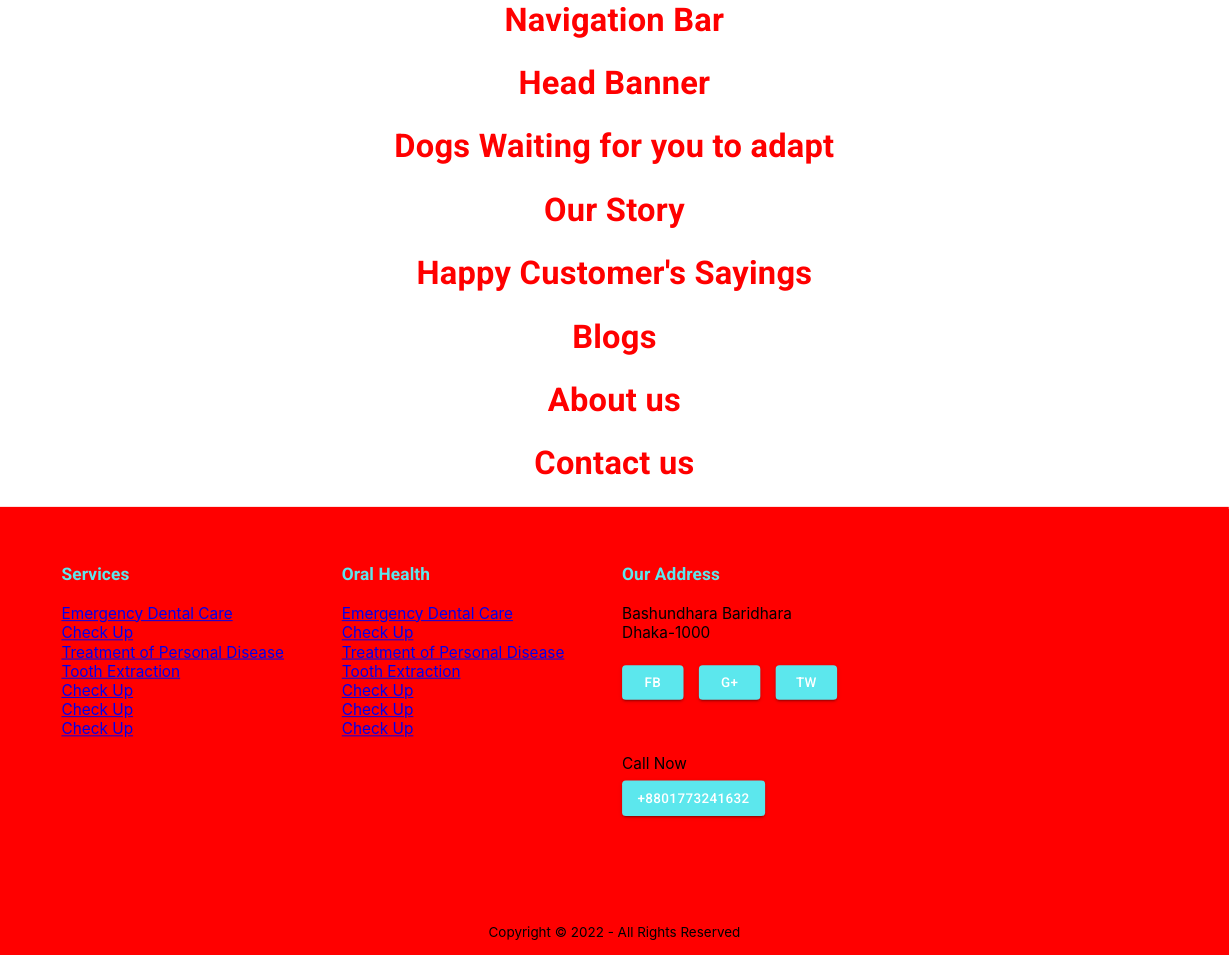
Repository: Sharif-00112/dogos-paradise-client
Page: /
These files come from the project's save history. The page is drawn as it stood at one moment and after the next save; the edit follows.
The browser window is 1280 px wide. The pictures show the whole page, at 96% of full size.
The project was rebuilt for these pictures with package versions that can differ from the ones it lists, and the page was loaded fresh each time. Also part of the build but not shown: src/Pages/Login/Login/Login.js, src/Pages/Login/Register/Register.js, src/Pages/NotFound/NotFound.js.

Above is the page before, as saved 2022-11-30 22:26:46.

### public/index.html
<!DOCTYPE html>
<html lang="en">
  <head>
    <meta charset="utf-8" />
    <link rel="icon" href="%PUBLIC_URL%/favicon.ico" />
    <meta name="viewport" content="width=device-width, initial-scale=1" />
    <meta name="theme-color" content="#000000" />
    <meta
      name="description"
      content="Web site created using create-react-app"
    />
    <link
      rel="stylesheet" href="https://fonts.googleapis.com/css?family=Roboto:300,400,500,700&display=swap"
    />

    <link rel="apple-touch-icon" href="%PUBLIC_URL%/logo192.png" />
    <!--
      manifest.json provides metadata used when your web app is installed on a
      user's mobile device or desktop. See https://developers.google.com/web/fundamentals/web-app-manifest/
    -->
    <link rel="manifest" href="%PUBLIC_URL%/manifest.json" />
    <!--
      Notice the use of %PUBLIC_URL% in the tags above.
      It will be replaced with the URL of the `public` folder during the build.
      Only files inside the `public` folder can be referenced from the HTML.

      Unlike "/favicon.ico" or "favicon.ico", "%PUBLIC_URL%/favicon.ico" will
      work correctly both with client-side routing and a non-root public URL.
      Learn how to configure a non-root public URL by running `npm run build`.
    -->
    <title>React App</title>
  </head>
  <body>
    <noscript>You need to enable JavaScript to run this app.</noscript>
    <div id="root"></div>
    <!--
      This HTML file is a template.
      If you open it directly in the browser, you will see an empty page.

      You can add webfonts, meta tags, or analytics to this file.
      The build step will place the bundled scripts into the <body> tag.

      To begin the development, run `npm start` or `yarn start`.
      To create a production bundle, use `npm run build` or `yarn build`.
    -->
  </body>
</html>

### src/App.js
import React  from 'react';
import './App.css';
import { BrowserRouter as Router, Route, Routes} from 'react-router-dom';
import Home from './Pages/Home/Home/Home';
import Login from './Pages/Login/Login/Login';
import Register from './Pages/Login/Register/Register';
import AuthProvider from './contexts/AuthProvider/AuthProvider';
// import PrivateRoute from './Pages/Login/PrivateRoute/PrivateRoute';
import NotFound from './Pages/NotFound/NotFound';
import Contact from './Pages/Home/Contact/Contact';
import Products from './Pages/Home/Products/Products';
import Story from './Pages/Home/Story/Story';
import CustomerReviews from './Pages/Home/CustomerReviews/CustomerReviews';
import Blogs from './Pages/Home/Blogs/Blogs';
import About from './Pages/Home/About/About';
// import Footer from './Pages/Shared/Footer/Footer';
// import Dashboard from './Pages/Dashboard/Dashboard/Dashboard';

function App() {
  return (
    <div className="App">
      <AuthProvider>
        <Router>
          <Routes>
            <Route exact path = '/' element={<Home/>}/>
            <Route exact path = '/home' element={<Home/>}/>
            <Route exact path = '/login' element={<Login/>}/>
            <Route exact path = '/register' element={<Register/>}/>
            <Route exact path = '/contact' element={<Contact/>}/>
            <Route exact path = '/products' element={<Products/>}/>
            <Route exact path = '/story' element={<Story/>}/>
            <Route exact path = '/reviews' element={<CustomerReviews/>}/>
            <Route exact path = '/blogs' element={<Blogs/>}/>
            <Route exact path = '/about' element={<About/>}/>
            {/* <Route exact path = '/appointment' element = {
              <PrivateRoute>
                <Appointment></Appointment>
              </PrivateRoute>
            }> </Route> */}
            {/* <Route path = 'dashboard/*' element = {
              <PrivateRoute>
                <Dashboard></Dashboard>
              </PrivateRoute>
            }> </Route> */}
            <Route path = '*' element={<NotFound/>}/>
          </Routes>
          {/* <Footer></Footer> */}
        </Router>
      </AuthProvider>
    </div>
  );
}

export default App;

### src/Pages/Home/Home/Home.js
import React from 'react';
import Footer from '../../Shared/Footer/Footer';
import Navigation from '../../Shared/Navigation/Navigation';
import About from '../About/About';
import Banner from '../Banner/Banner';
import Blogs from '../Blogs/Blogs';
import Contact from '../Contact/Contact';
import CustomerReviews from '../CustomerReviews/CustomerReviews';
import Products from '../Products/Products';
import Story from '../Story/Story';

const Home = () => {
    return (
        <div>
            <Navigation></Navigation>
            <Banner></Banner>
            <Products></Products>
            <Story></Story>
            <CustomerReviews></CustomerReviews>
            <Blogs></Blogs>
            <About></About>
            <Contact></Contact>
            <Footer></Footer>
        </div>
    );
};

export default Home;

### src/contexts/AuthProvider/AuthProvider.js
import React from 'react';
import { createContext } from 'react';
import useFirebase from '../../hooks/useFirebase';

//step-1-context
export const AuthContext = createContext();

const AuthProvider = (props) => {
    //step-3-context
    const {children} = props;

    //step-5-context
    const allContexts = useFirebase();

    return (
        //step-2-context
        <AuthContext.Provider value={allContexts}>
            {children}
        </AuthContext.Provider>
    );
};

export default AuthProvider;

### src/Pages/Home/Contact/Contact.js
import React from 'react';
import { Typography } from '@mui/material';

const Contact = () => {
    return (
        <div>
            <Typography sx={{ m: 3, color: 'red', fontWeight: 600 }} variant="h4" component="div">
                Contact us
            </Typography>
        </div>
    );
};

export default Contact;

### src/Pages/Home/Products/Products.js
import React from 'react';
import { Typography } from '@mui/material';

const Products = () => {
    return (
        <div>
            <Typography sx={{ m: 3, color: 'red', fontWeight: 600 }} variant="h4" component="div">
                Dogs Waiting for you to adapt
            </Typography>
        </div>
    );
};

export default Products;

### src/Pages/Home/Story/Story.js
import React from 'react';
import { Typography } from '@mui/material';


const Story = () => {
    return (
        <div>
            <Typography sx={{ m: 3, color: 'red', fontWeight: 600 }} variant="h4" component="div">
                Our Story
            </Typography>
        </div>
    );
};

export default Story;

### src/Pages/Home/CustomerReviews/CustomerReviews.js
import React from 'react';
import { Typography } from '@mui/material';


const CustomerReviews = () => {
    return (
        <div>
            <Typography sx={{ m: 3, color: 'red', fontWeight: 600 }} variant="h4" component="div">
                Happy Customer's Sayings
            </Typography>
        </div>
    );
};

export default CustomerReviews;

### src/Pages/Home/Blogs/Blogs.js
import React from 'react';
import { Typography } from '@mui/material';


const Blogs = () => {
    return (
        <div>
            <Typography sx={{ m: 3, color: 'red', fontWeight: 600 }} variant="h4" component="div">
                Blogs
            </Typography>
        </div>
    );
};

export default Blogs;

### src/Pages/Home/About/About.js
import React from 'react';
import { Typography } from '@mui/material';

const About = () => {
    return (
        <div>
            <Typography sx={{ m: 3, color: 'red', fontWeight: 600 }} variant="h4" component="div">
                About us
            </Typography>
        </div>
    );
};

export default About;

### src/Pages/Shared/Footer/Footer.js
import React from 'react';
import { Typography } from '@mui/material';
import { Container } from '@mui/system';
import Box from '@mui/material/Box';
import Grid from '@mui/material/Unstable_Grid2';
import { Link } from 'react-router-dom';
import { Button } from '@mui/material';


const Footer = () => {
    return (
        // <div>
        //     <Typography sx={{ m: 3, color: 'red', fontWeight: 600 }} variant="h4" component="div">
        //         Footer Area
        //     </Typography>
        // </div>

        <div style={{ backgroundColor: 'red' }}>
        <Container sx={{ py: 5 }}>
            <Box sx={{ flexGrow: 1 }}>
                <Grid container spacing={2}>
                    <Grid item style={{ textAlign: 'left'}} xs={6} md={3}>
                        <Typography sx={{ my:2, fontSize: 18, fontWeight: 600 }} style={{color: '#5CE7ED'}} variant="h6" component="div">
                            Services
                        </Typography>
                        <Link to = '/emergencyDentalCare'>
                            Emergency Dental Care
                        </Link>
                        <br />
                        <Link to = '/checkUp'>
                            Check Up
                        </Link>
                        <br />
                        <Link to = '/treatmentOfPersonalDisease'>
                            Treatment of Personal Disease
                        </Link>
                        <br />
                        <Link to = '/toothExtraction'>
                            Tooth Extraction
                        </Link>
                        <br />
                        <Link to = '/checkUp'>
                            Check Up
                        </Link>
                        <br />
                        <Link to = '/checkUp'>
                            Check Up
                        </Link>
                        <br />
                        <Link to = '/checkUp'>
                            Check Up
                        </Link>
                    </Grid>
                    <Grid item style={{ textAlign: 'left'}} xs={6} md={3}>
                        <Typography sx={{ my:2, fontSize: 18, fontWeight: 600 }} style={{color: '#5CE7ED'}} variant="h6" component="div">
                            Oral Health
                        </Typography>
                        <Link to = '/emergencyDentalCare'>
                            Emergency Dental Care
                        </Link>
                        <br />
                        <Link to = '/checkUp'>
                            Check Up
                        </Link>
                        <br />
                        <Link to = '/treatmentOfPersonalDisease'>
                            Treatment of Personal Disease
                        </Link>
                        <br />
                        <Link to = '/toothExtraction'>
                            Tooth Extraction
                        </Link>
                        <br />
                        <Link to = '/checkUp'>
                            Check Up
                        </Link>
                        <br />
                        <Link to = '/checkUp'>
                            Check Up
                        </Link>
                        <br />
                        <Link to = '/checkUp'>
                            Check Up
                        </Link>
                    </Grid>
                    <Grid item style={{ textAlign: 'left'}} xs={6} md={3}>
                        <Typography sx={{ my:2, fontSize: 18, fontWeight: 600 }} style={{color: '#5CE7ED'}} variant="h6" component="div">
                            Our Address
                        </Typography>
                        <Typography sx={{ fontSize: 16, fontWeight: 400 }} variant="" component="div">
                                Bashundhara Baridhara <br />
                                Dhaka-1000
                        </Typography>

                        {/* <Button>
                            <FontAwesomeIcon icon={faShoppingCart} /> Cart
                            <FontAwesomeIcon icon="fa-brands fa-facebook" />
                        </Button> */}

                        <a href="https://www.facebook.com/" target="_blank" style={{ textDecoration:'none', color:'white' }}>
                            <Button sx={{ mt:3, mr:2 }} variant="contained" style={{backgroundColor: '#5CE7ED'}}>
                                FB
                            </Button>
                        </a>
                        <a href="https://www.google.com/" target="_blank" style={{ textDecoration:'none', color:'white' }}>
                            <Button sx={{ mt:3, mr:2 }} variant="contained" style={{backgroundColor: '#5CE7ED'}}>
                                G+
                            </Button>
                        </a>
                        <a href="https://twitter.com/" target="_blank" style={{ textDecoration:'none', color:'white' }}>
                            <Button sx={{ mt:3, mr:2 }} variant="contained" style={{backgroundColor: '#5CE7ED'}}>
                                TW
                            </Button>
                        </a>

                        <Typography sx={{ mt:7, fontSize: 16, fontWeight: 400 }} variant="" component="div">
                                Call Now
                        </Typography>
                        <a href="tel:+8801773241632" style={{ textDecoration:'none', color:'white' }}>
                            <Button sx={{ mt:1, mr:2 }} variant="contained" style={{backgroundColor: '#5CE7ED'}}>
                                +8801773241632
                            </Button>
                        </a>
                    </Grid>
                </Grid>
            </Box>
        </Container>
        <Typography sx={{ p:2, mt:7, fontSize: 14, fontWeight: 400 }} variant="" component="div">
            Copyright &copy; 2022 - All Rights Reserved
        </Typography>
    </div>
    );
};

export default Footer;

### src/Pages/Shared/Navigation/Navigation.js
import React from 'react';
import { Typography } from '@mui/material';

const Navigation = () => {
    return (
        <div>
            <Typography sx={{ mx: 3, color: 'red', fontWeight: 600 }} variant="h4" component="div">
                Navigation Bar
            </Typography>
        </div>
    );
};

export default Navigation;

### src/Pages/Home/Banner/Banner.js
import React from 'react';
import { Typography } from '@mui/material';

const Banner = () => {
    return (
        <div>
            <Typography sx={{ m: 3, color: 'red', fontWeight: 600 }} variant="h4" component="div">
                Head Banner
            </Typography>
        </div>
    );
};

export default Banner;

### src/Pages/Login/Firebase/firebase.initialize.js
import { initializeApp } from "firebase/app";
import firebaseConfig from "./firebase.config";

const initializeAuthentication = () =>{
    initializeApp(firebaseConfig);
}

export default initializeAuthentication;

### src/Pages/Login/Firebase/firebase.config.js
// console.log(process.env);

const firebaseConfig = {
  apiKey: process.env.REACT_APP_FIREBASE_API_KEY,
  authDomain: process.env.REACT_APP_FIREBASE_AUTH_DOMAIN,
  projectId: process.env.REACT_APP_FIREBASE_PROJECT_ID,
  storageBucket: process.env.REACT_APP_FIREBASE_STORAGE_BUCKET,
  messagingSenderId: process.env.REACT_APP_FIREBASE_MESSAGING_SENDER_ID,
  appId: process.env.REACT_APP_FIREBASE_APP_ID,
  measurementId: process.env.REACT_APP_FIREBASE_MEASUREMENT_ID
};

export default firebaseConfig;

// .env.local
// REACT_APP_FIREBASE_API_KEY=AIzaSyCGaQ8G2l5KeOKX4bAJ7MC19oWW_2vnTNQ
// REACT_APP_FIREBASE_AUTH_DOMAIN=dogos-paradise.firebaseapp.com
// REACT_APP_FIREBASE_PROJECT_ID=dogos-paradise
// REACT_APP_FIREBASE_STORAGE_BUCKET=dogos-paradise.appspot.com
// REACT_APP_FIREBASE_MESSAGING_SENDER_ID=824394057307
// REACT_APP_FIREBASE_APP_ID=1:824394057307:web:727ac0c86627b9544a617e
// REACT_APP_FIREBASE_MEASUREMENT_ID=G-DL8JJ6MYSD

// const firebaseConfig = {
  // apiKey: "AIzaSyCGaQ8G2l5KeOKX4bAJ7MC19oWW_2vnTNQ",
  // authDomain: "dogos-paradise.firebaseapp.com",
  // projectId: "dogos-paradise",
  // storageBucket: "dogos-paradise.appspot.com",
  // messagingSenderId: "824394057307",
  // appId: "1:824394057307:web:727ac0c86627b9544a617e",
  // measurementId: "G-DL8JJ6MYSD"
// };

Loaded but not shown: src/index.js (common file); src/index.css (common file); src/reportWebVitals.js (common file); src/App.css (common file); src/hooks/useFirebase.js (273 lines, source omitted)

After the next save:
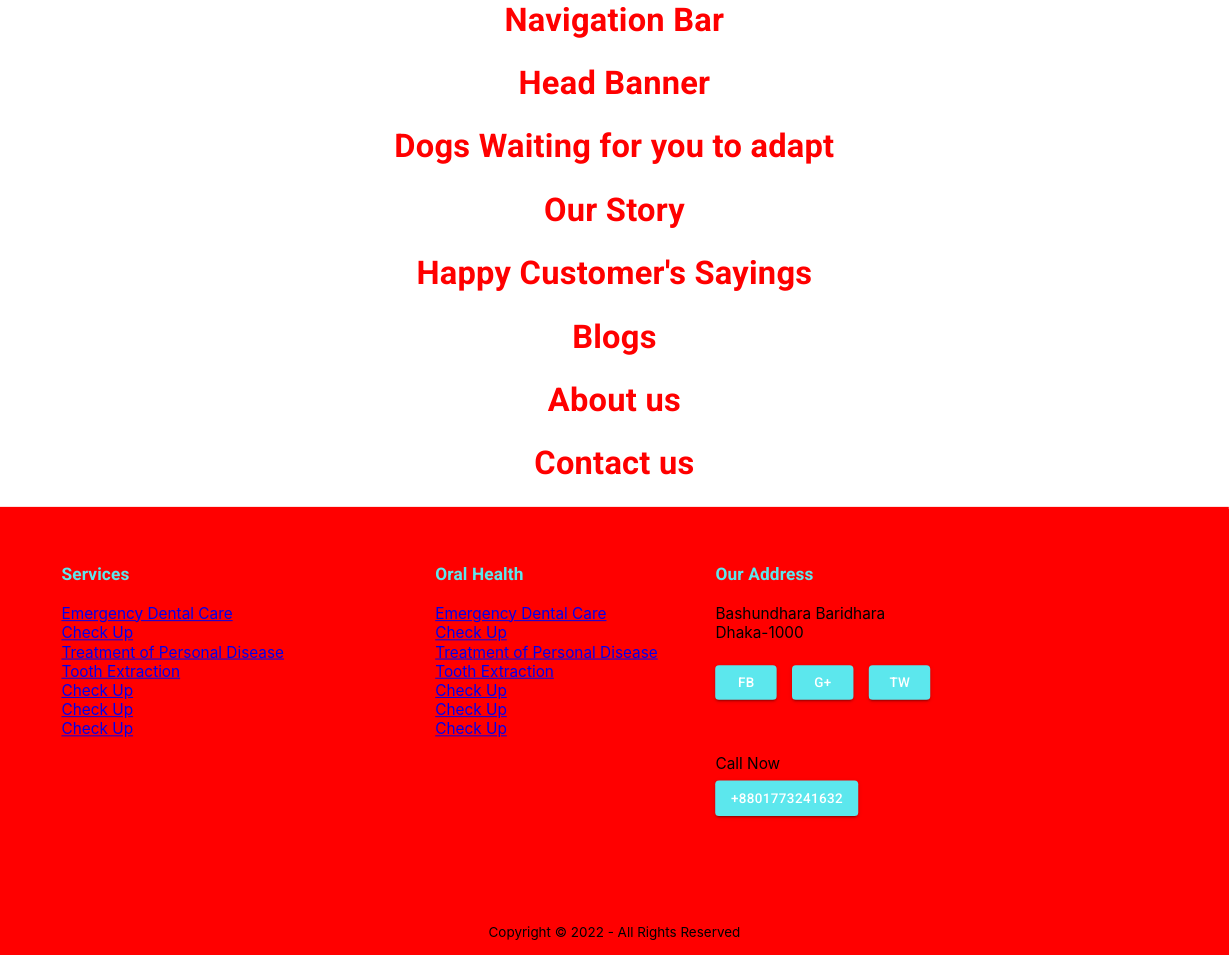
Saved 40 s later.
--- a/src/Pages/Shared/Footer/Footer.js
+++ b/src/Pages/Shared/Footer/Footer.js
@@ -19,7 +19,7 @@ const Footer = () => {
         <Container sx={{ py: 5 }}>
             <Box sx={{ flexGrow: 1 }}>
                 <Grid container spacing={2}>
-                    <Grid item style={{ textAlign: 'left'}} xs={6} md={3}>
+                    <Grid item style={{ textAlign: 'left'}} xs={4} md={4}>
                         <Typography sx={{ my:2, fontSize: 18, fontWeight: 600 }} style={{color: '#5CE7ED'}} variant="h6" component="div">
                             Services
                         </Typography>
